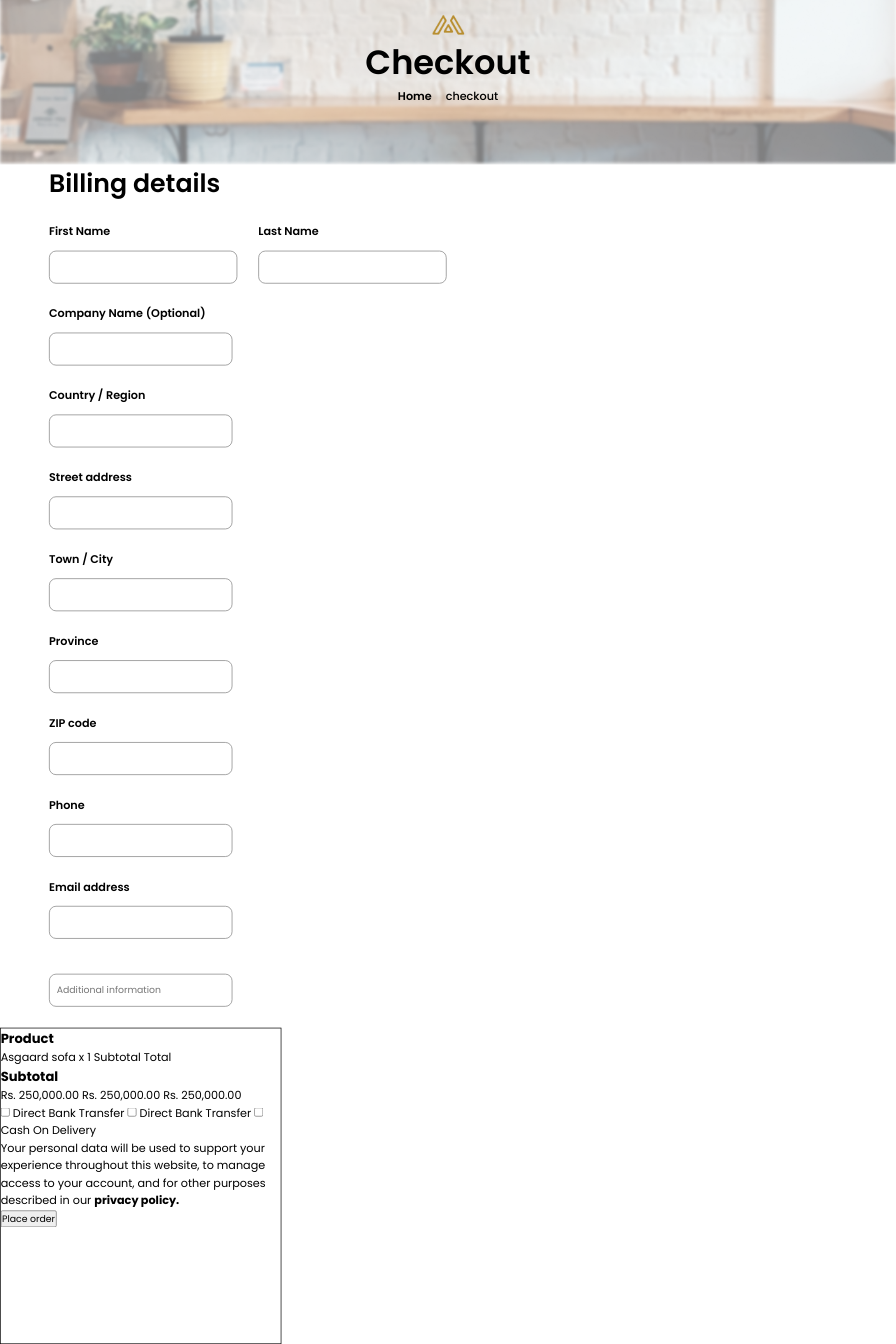
Repository: DT2301/project
Page: checkout.html
These files come from the project's save history. The page is drawn as it stood at one moment and after the next save; the edit follows.
The browser window is 1280 px wide. The pictures show the part of the page from y = 153 to 2073 px (the page is 2073 px tall), at 70% of full size.
A picture or video elsewhere on the page could not be fetched, so the positions and the page height are approximate.

Above is the page before, as saved 2024-01-08 10:09:14.

After the next save:
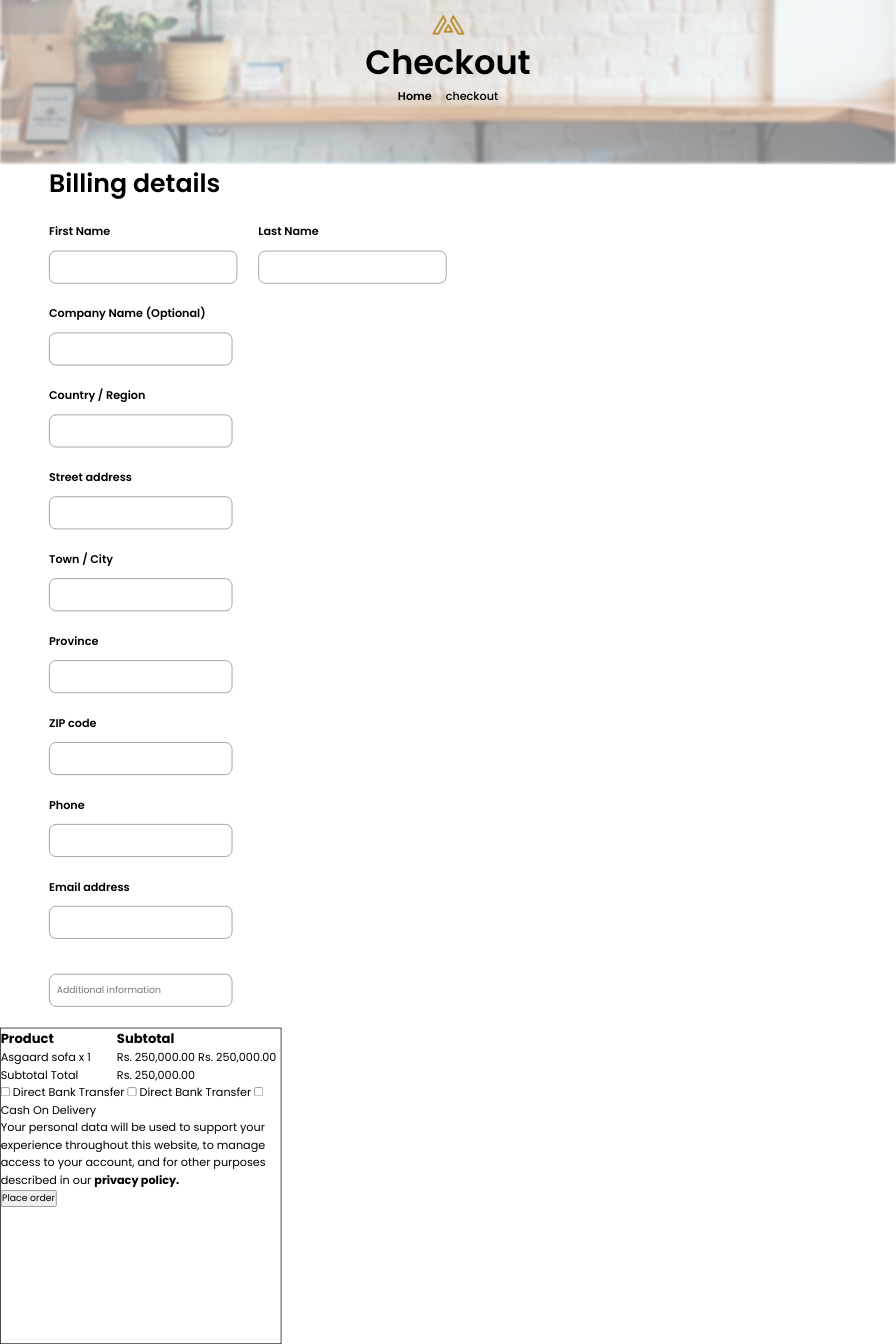
Saved 25 s later.
--- a/checkout.css
+++ b/checkout.css
@@ -162,3 +162,7 @@ ul {
     width: 400px;
     height: 450px;
 }
+
+.checkout .placeorder {
+    display: flex;
+}
